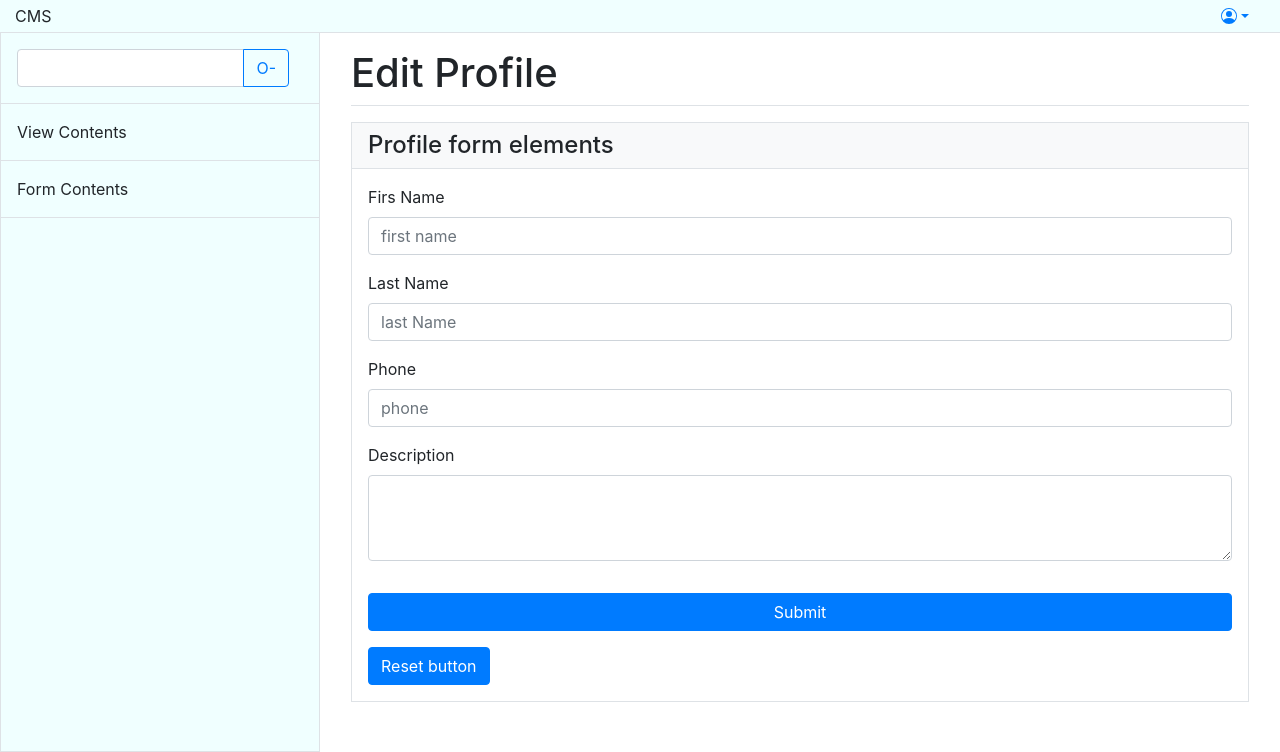
Repository: Thiuannh/springboot
Page: http://localhost/JACKMVC/WEB-INF/views/home.jsp
The author's editor kept a copy of each file at every save. The page is drawn from the files as they stood at one save, then again after the next save.
The browser window is 1280 px wide. The pictures show the whole page.
The page is served by Tomcat 9. Nobody is signed in. Other server files are loaded and not shown. The template is opened directly, without the code that normally fills it, so the values that code supplies are empty.

Above is the page before, as saved 2022-11-21 17:02:10.

### JACKMVC/src/main/webapp/WEB-INF/views/home.jsp
<%@ taglib uri="http://java.sun.com/jsp/jstl/core" prefix="c"%>
<%@ taglib prefix="form" uri="http://www.springframework.org/tags/form"%>
<%@ page session="false"%>
<html lang="en">
<head>
<title>Title</title>
<!-- Required meta tags -->
<meta charset="utf-8">
<meta name="viewport"
	content="width=device-width, initial-scale=1, shrink-to-fit=no">

<!-- Bootstrap CSS -->

<link rel="stylesheet"
	href="https://stackpath.bootstrapcdn.com/bootstrap/4.3.1/css/bootstrap.min.css"
	integrity="sha384-ggOyR0iXCbMQv3Xipma34MD+dH/1fQ784/j6cY/iJTQUOhcWr7x9JvoRxT2MZw1T"
	crossorigin="anonymous">
<link rel="stylesheet" href="./resources/assets/css/tyle.css">
</head>
<body>
	<div class="container-fluid">




		<div class="profile">
			<div class="row header">
				<div class="col-md-12">
					<div
						class="header d-flex justify-content-between align-items-center">
						<div>CMS</div>
						<div class="user">
							<div class="nav-item dropdown">
								<a class="nav-link dropdown-toggle d-flex align-items-center"
									data-toggle="dropdown" href="#" role="button"
									aria-haspopup="true" aria-expanded="false"> <svg
										xmlns="http://www.w3.org/2000/svg" width="16" height="16"
										fill="currentColor" class="bi bi-person-circle"
										viewBox="0 0 16 16">
                  <path d="M11 6a3 3 0 1 1-6 0 3 3 0 0 1 6 0z" />
                  <path fill-rule="evenodd"
											d="M0 8a8 8 0 1 1 16 0A8 8 0 0 1 0 8zm8-7a7 7 0 0 0-5.468 11.37C3.242 11.226 4.805 10 8 10s4.757 1.225 5.468 2.37A7 7 0 0 0 8 1z" />
                </svg>
								</a>
								<div class="dropdown-menu dropdown-menu-right">
									<a class="dropdown-item" href="#!">User Profile</a> <a
										class="dropdown-item" href="#!">Logout</a>
								</div>
							</div>
						</div>
					</div>
				</div>
			</div>
			<div class="row vh-100">
				<div class="col-md-3 sidebar border">
					<div class="row input-group py-3 pl-3">
						<input type="text" class="form-control" placeholder=""
							aria-label="" aria-describedby="basic-addon1">
						<div class="input-group-append">
							<button type="button" class="btn btn-outline-primary">
								O-</button>
						</div>
					</div>
					<div class="row view-contents py-3 pl-3 border-bottom border-top">
						View Contents</div>
					<div class="row form-contents py-3 pl-3 border-bottom">Form
						Contents</div>
				</div>
				<div class="col-md-9 page border-top">
					<div class="title m-3 border-bottom">
						<h1>Edit Profile</h1>
					</div>

					<div class="edit-form m-3 border">
						<h4 class="py-2 pl-3 border-bottom bg-light">Profile form
							elements</h4>

						<form:form class="mx-3 my-3" method="POST" action="./${userName}"
							modelAttribute="userDetails">
							<div class="form-group">
								<label for="firstName">Firs Name</label>
								<form:input type="text" class="form-control" id="firstName"
									placeholder="first name" path="firsName" />
							</div>

							<div class="form-group">
								<label for="lastName">Last Name</label>
								<form:input type="text" class="form-control" id="lastName"
									placeholder="last Name" path="lastName" />
								<span class="text-danger error"></span>
							</div>

							<div class="form-group">
								<label for="phone">Phone</label>
								<form:input type="text" class="form-control" id="lastName"
									placeholder="phone" path="phone" />
								<span class="text-danger error"></span>


							</div>
							<div class="form-group">
								<label for="exampleFormControlTextarea1">Description</label>
								<form:textarea class="form-control"
									id="exampleFormControlTextarea1" rows="3" path="description"></form:textarea>
							</div>

							<button type="submit" class="btn btn-primary w-100 my-3"
								id="login">Submit</button>

							<button type="button" class="btn btn-primary">Reset
								button</button>
						</form:form>
					</div>


				</div>
			</div>
		</div>

		<!-- ... MAIN HERE ... -->










	</div>




	<!-- Optional JavaScript -->
	<!-- jQuery first, then Popper.js, then Bootstrap JS -->
	<script src="https://code.jquery.com/jquery-3.3.1.slim.min.js"
		integrity="sha384-q8i/X+965DzO0rT7abK41JStQIAqVgRVzpbzo5smXKp4YfRvH+8abtTE1Pi6jizo"
		crossorigin="anonymous"></script>
	<script
		src="https://cdnjs.cloudflare.com/ajax/libs/popper.js/1.14.7/umd/popper.min.js"
		integrity="sha384-UO2eT0CpHqdSJQ6hJty5KVphtPhzWj9WO1clHTMGa3JDZwrnQq4sF86dIHNDz0W1"
		crossorigin="anonymous"></script>
	<script
		src="https://stackpath.bootstrapcdn.com/bootstrap/4.3.1/js/bootstrap.min.js"
		integrity="sha384-JjSmVgyd0p3pXB1rRibZUAYoIIy6OrQ6VrjIEaFf/nJGzIxFDsf4x0xIM+B07jRM"
		crossorigin="anonymous"></script>
	<script
		src="https://ajax.googleapis.com/ajax/libs/jquery/3.6.1/jquery.min.js"></script>
</body>

</html>

### JACKMVC/src/main/webapp/resources/css/tyle.css

.form-login {
    background-color:aliceblue;
    border: solid 1px burlywood;

}

.title {
    background-color: white;
}

.content {
  margin-top: 200px;
}

.header {
  background-color: azure;}


.sidebar {
  background-color: azure;
}

.form-contents:hover, .view-contents:hover {
  background-color: aquamarine;
}

After the next save:
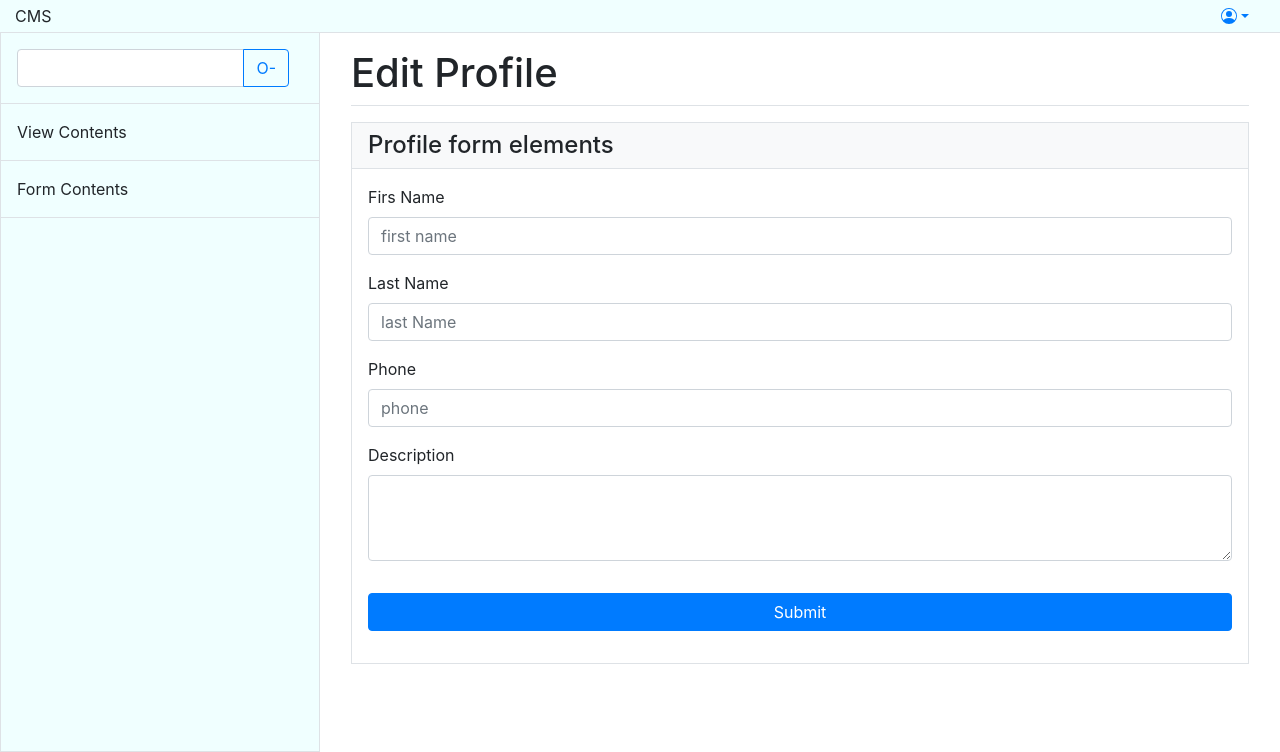
Saved 32 s later.
--- a/JACKMVC/src/main/webapp/WEB-INF/views/home.jsp
+++ b/JACKMVC/src/main/webapp/WEB-INF/views/home.jsp
@@ -106,9 +106,6 @@
 
 							<button type="submit" class="btn btn-primary w-100 my-3"
 								id="login">Submit</button>
-
-							<button type="button" class="btn btn-primary">Reset
-								button</button>
 						</form:form>
 					</div>
 
